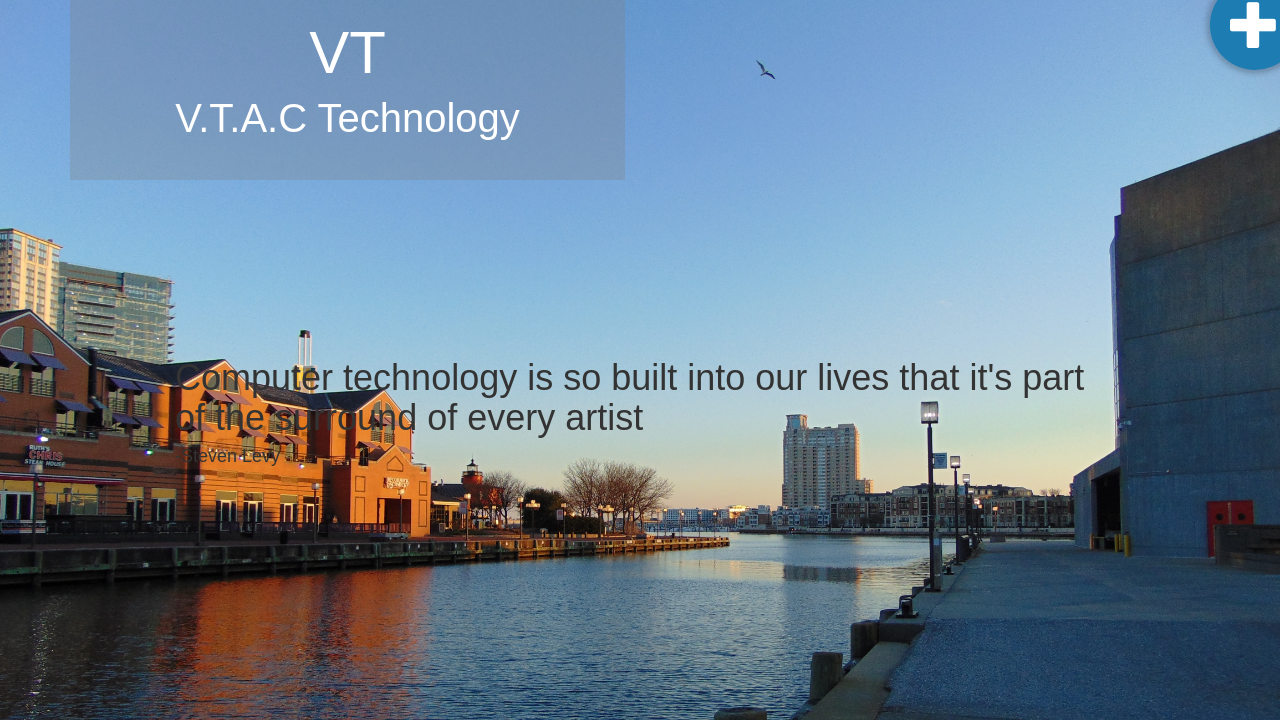
Repository: danidark9312/vtac
Page: http://localhost/vtacTechnology/
The author's editor kept a copy of each file at every save. The page is drawn from the files as they stood at one save, then again after the next save.
The browser window is 1280 px wide. The pictures show the whole page.
The page is served by Tomcat 9.

Above is the page before, as saved 2017-01-30 18:39:06.
Console error (its wording comes from the project's code and is left out).

After the next save:
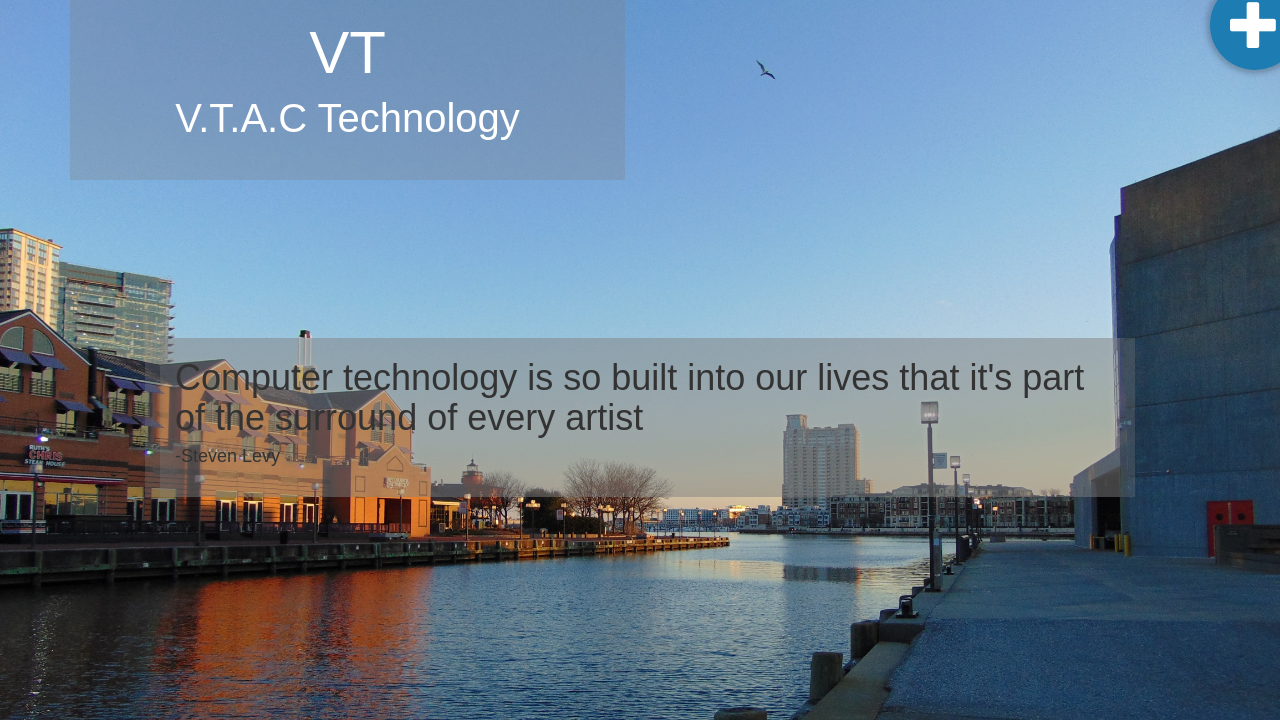
Saved 60 s later.
--- a/vtacTechnology/WebContent/css/common.css
+++ b/vtacTechnology/WebContent/css/common.css
@@ -15,6 +15,10 @@
 .mainQuote{
 	height: 500px;
 	padding: 158px 90px;
+}
+
+.mainQuote div{
+	background-color: var(--caption-color);
 }
 
 .menuContainer{
